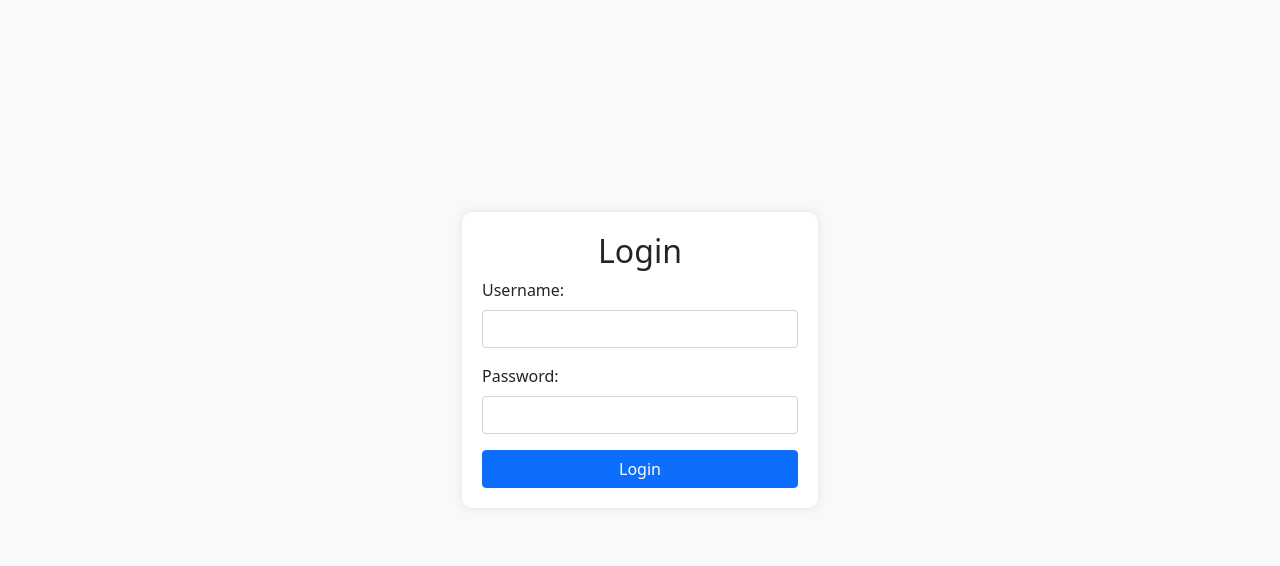
Repository: RMVLajaykumar/monojavaee
Page: http://localhost/13-bankapplication-demo/login.jsp
These files come from the project's save history. The page is drawn as it stood at one moment and after the next save; the edit follows.
The browser window is 1280 px wide. The pictures show the whole page.
The page is served by Tomcat 9. Nobody is signed in. The application's start-up code is not run. Other server files are loaded and not shown.

Above is the page before, as saved 2024-07-19 16:17:05.

### 13-bankapplication-demo/WebContent/login.jsp
<%@ page language="java" contentType="text/html; charset=ISO-8859-1"
	pageEncoding="ISO-8859-1"%>
<%@ taglib uri="http://java.sun.com/jsp/jstl/core" prefix="c"%>
<%@ taglib uri="http://java.sun.com/jsp/jstl/functions" prefix="fn"%>

<!DOCTYPE html>
<html>
<head>
<title>Login</title>
<link
	href="https://cdn.jsdelivr.net/npm/bootstrap@5.0.2/dist/css/bootstrap.min.css"
	rel="stylesheet"
	integrity="sha384-EVSTQN3/azprG1Anm3QDgpJLIm9Nao0Yz1ztcQTwFspd3yD65VohhpuuCOmLASjC"
	crossorigin="anonymous">
<script
	src="https://cdn.jsdelivr.net/npm/bootstrap@5.0.2/dist/js/bootstrap.bundle.min.js"
	integrity="sha384-MrcW6ZMFYlzcLA8Nl+NtUVF0sA7MsXsP1UyJoMp4YLEuNSfAP+JcXn/tWtIaxVXM"
	crossorigin="anonymous"></script>
<style>
    body {
        background-color: #f8f9fa;
        display: flex;
        justify-content: center;
        align-items: center;
        height: 100vh;
    }
    .login-form {
        background: white;
        padding: 20px;
        border-radius: 10px;
        box-shadow: 0 0 10px rgba(0, 0, 0, 0.1);
    }
    .login-form input {
        margin-bottom: 10px;
    }
    .login-form button {
        width: 100%;
    }
</style>
</head>
<body>
    <div class="container">
        <div class="row justify-content-center">
            <div class="col-md-4">
                <form action="login" method="post" class="login-form">
                    <h2 class="text-center">Login</h2>
                    <div class="mb-3">
                        <label for="username" class="form-label">Username:</label>
                        <input type="text" class="form-control" id="username" name="username" required>
                    </div>
                    <div class="mb-3">
                        <label for="password" class="form-label">Password:</label>
                        <input type="password" class="form-control" id="password" name="password" required>
                    </div>
                    <button type="submit" class="btn btn-primary">Login</button>
                    <c:if test="${param.error != null}">
                        <p class="text-danger text-center mt-3">Invalid username or password</p>
                    </c:if>
                </form>
            </div>
        </div>
    </div>
</body>
</html>

After the next save:
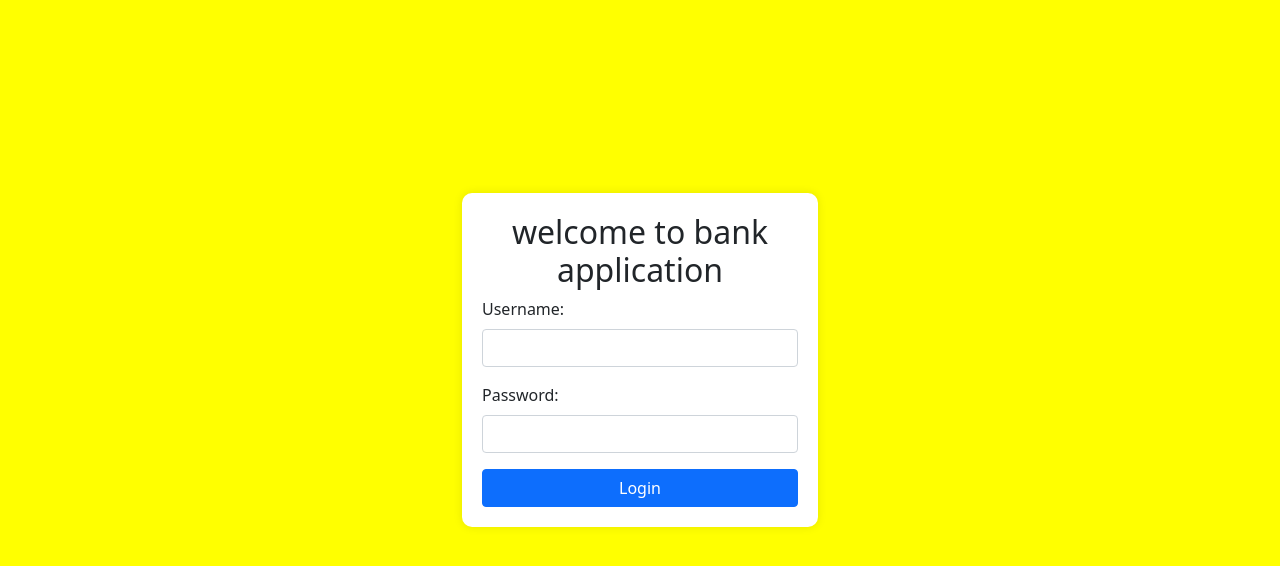
Saved 2 min 57 s later.
--- a/13-bankapplication-demo/WebContent/login.jsp
+++ b/13-bankapplication-demo/WebContent/login.jsp
@@ -18,7 +18,7 @@
 	crossorigin="anonymous"></script>
 <style>
     body {
-        background-color: #f8f9fa;
+        background-color:yellow;
         display: flex;
         justify-content: center;
         align-items: center;
@@ -43,7 +43,7 @@
         <div class="row justify-content-center">
             <div class="col-md-4">
                 <form action="login" method="post" class="login-form">
-                    <h2 class="text-center">Login</h2>
+                    <h2 class="text-center">welcome to bank application</h2>
                     <div class="mb-3">
                         <label for="username" class="form-label">Username:</label>
                         <input type="text" class="form-control" id="username" name="username" required>

After the save that followed:
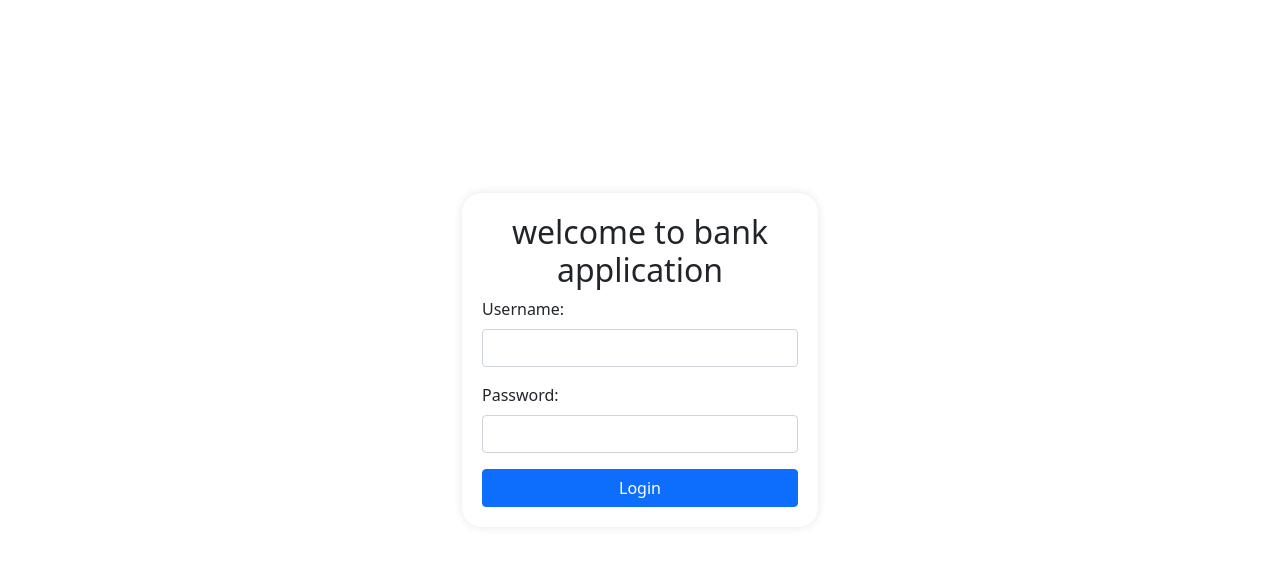
Saved 59 s later.
--- a/13-bankapplication-demo/WebContent/login.jsp
+++ b/13-bankapplication-demo/WebContent/login.jsp
@@ -18,7 +18,7 @@
 	crossorigin="anonymous"></script>
 <style>
     body {
-        background-color:yellow;
+        background-color: white;
         display: flex;
         justify-content: center;
         align-items: center;
@@ -27,7 +27,7 @@
     .login-form {
         background: white;
         padding: 20px;
-        border-radius: 10px;
+        border-radius: 20px;
         box-shadow: 0 0 10px rgba(0, 0, 0, 0.1);
     }
     .login-form input {
